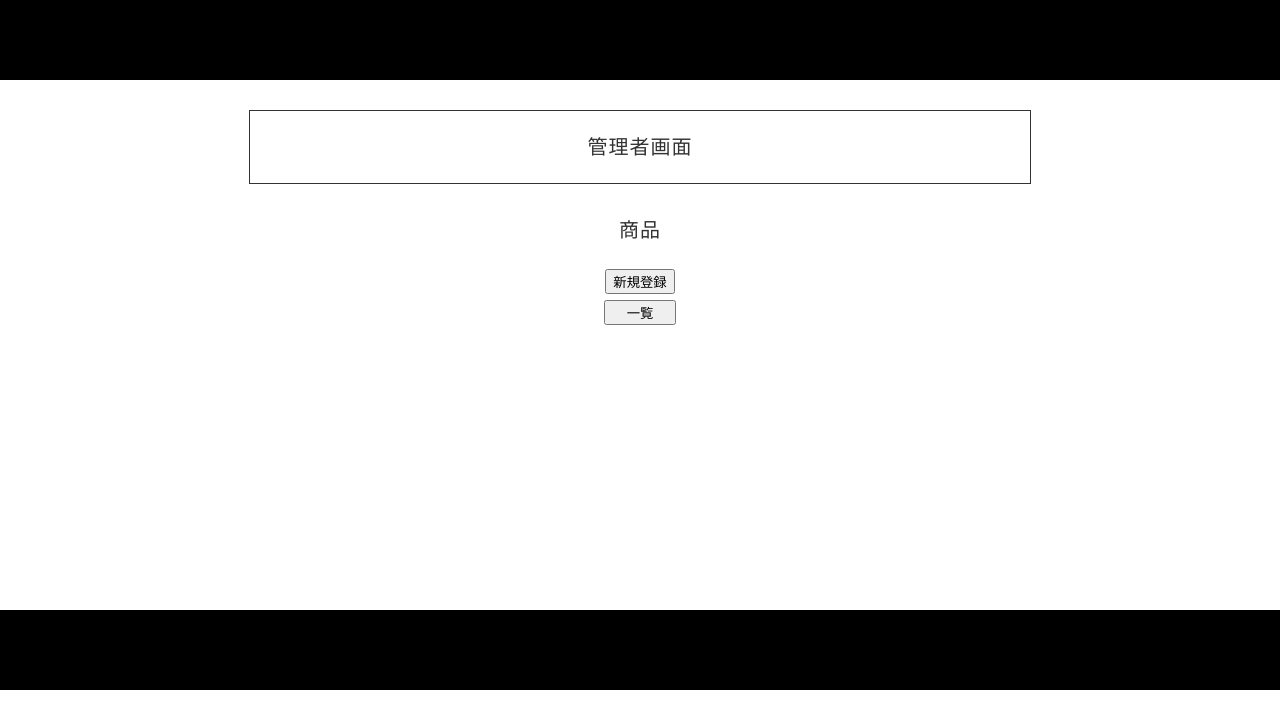
Repository: kazuki000/test
Page: http://localhost/ecsite/AdminAction.action
The author's editor kept a copy of each file at every save. The page is drawn from the files as they stood at one save, then again after the next save.
The browser window is 1280 px wide. The pictures show the whole page.
The page is served by Tomcat 9. Other server files are loaded and not shown.

Above is the page before, as saved 2019-05-01 16:02:59.

### ecsite/WebContent/admin.jsp
<%@ page language="java" contentType="text/html; charset=UTF-8"
    pageEncoding="UTF-8"%>
<%@ taglib prefix="s" uri="/struts-tags"%>
<!DOCTYPE html PUBLIC "-//W3C//DTD HTML 4.01 Transitional//EN" "http://www.w3.org/TR/html4/loose.dtd">
<html>
<head>
	<meta http-equiv="Content-Type" content="text/html; charset=UTF-8">
	<meta http-equiv="Content-Style-Type" content="style/css"/>
	<meta http-equiv="Content-Script-Type" content="style/javascript"/>
	<meta http-equiv="imagetoolbar" content="no"/>
	<meta http-equiv="description" content=""/>
	<meta http-equiv="keywords" content=""/>
	<title>Admin</title>

	<style type="text/css">

	body{
		margin:0;
		padding:0;
		line-height:1.6;
		letter-spacing:1px;
		font-family:Verdana,Helvetica,sans-serif;
		font-size:12px;
		color:#333;
		background:#fff;
	}

	table{
		text-align:center;
		margin:0 auto;
	}

	#top{
		width:780px;
		margin:30px auto;
		border:1px solid #333;
	}

	#header{
		width:100%;
		height:80px;
		background-color:black;
	}

	#main{
		width:100%;
		height:500px;
		text-align:center;
		font-size:20px;

	}

	#footer{
		width:100%;
		height:80px;
		background-color:black;
		clear:both;
	}




	</style>
</head>
<body>
	<div id="header">
	       <div id="pr">
	       </div>
	</div>
	<div id="main">
			<div id="top">
					<p>管理者画面</p>
			</div>
			<div>
						<p>商品</p>
				<s:form action="itemCreateAction">
					<s:submit value="新規登録"/>
				</s:form>
				<s:form action="itemListAction">
					<s:submit value="    一覧    "/>
				</s:form>
			</div>
		</div>
		<div id="footer">
				<div id="pr">
				</div>
		</div>



</body>
</html>

After the next save:
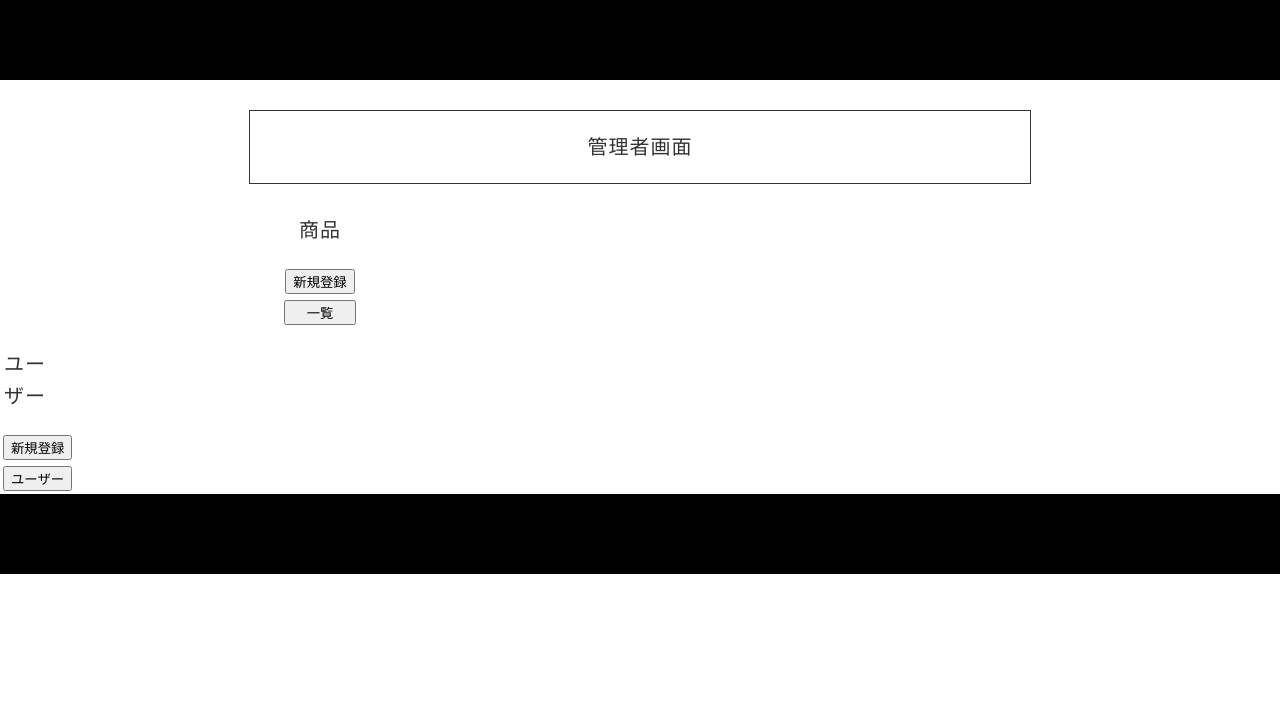
Saved 8 min 24 s later.
--- a/ecsite/WebContent/admin.jsp
+++ b/ecsite/WebContent/admin.jsp
@@ -50,6 +50,17 @@
 
 	}
 
+	#left{
+		width:50%;
+		text-align:center;
+
+	}
+
+	#right{
+		width:50px;
+		text-align:center;
+	}
+
 	#footer{
 		width:100%;
 		height:80px;
@@ -71,7 +82,7 @@
 			<div id="top">
 					<p>管理者画面</p>
 			</div>
-			<div>
+			<div id="left">
 						<p>商品</p>
 				<s:form action="itemCreateAction">
 					<s:submit value="新規登録"/>
@@ -80,6 +91,15 @@
 					<s:submit value="    一覧    "/>
 				</s:form>
 			</div>
+			<div id="right">
+					<p>ユーザー</p>
+				<s:form action="itemCreateAction">
+					<s:submit value="新規登録"/>
+				</s:form>
+				<s:form action="itemListAction">
+					<s:submit value="ユーザー"/>
+				</s:form>
+
 		</div>
 		<div id="footer">
 				<div id="pr">
